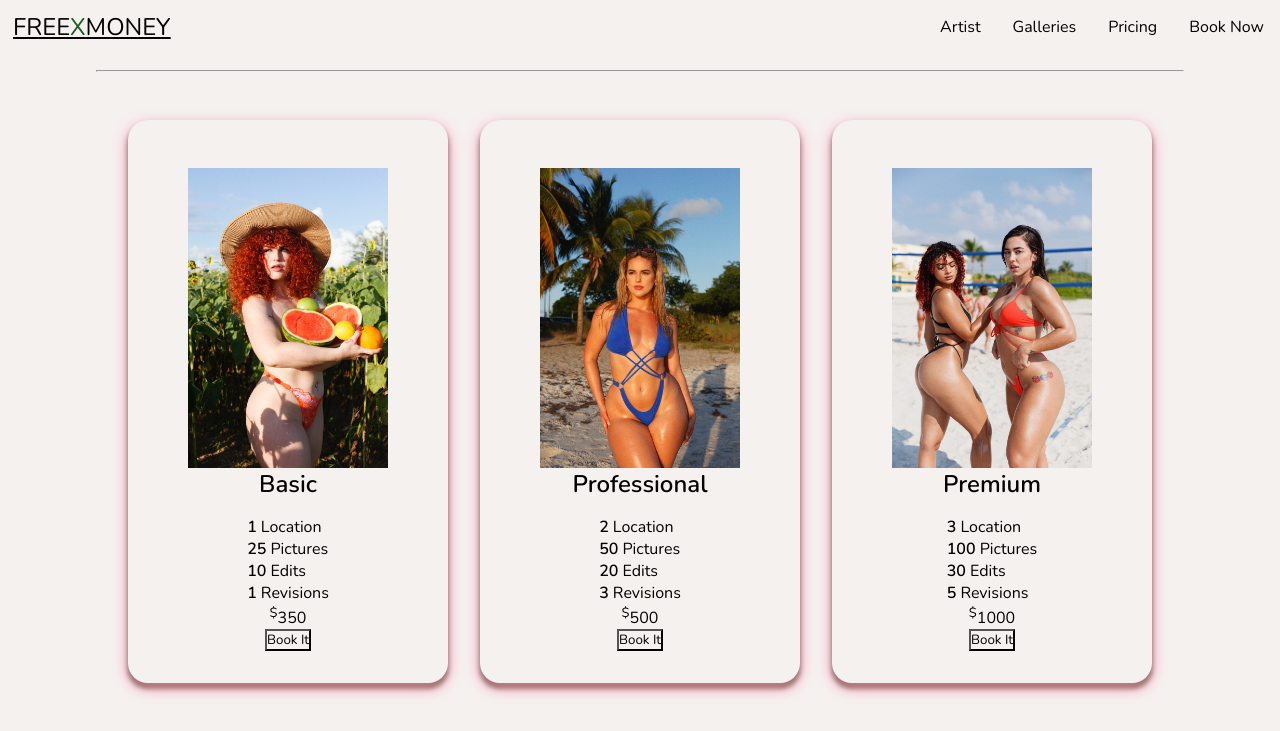
Repository: burntaftermint/freexmoney-draft
Page: price.html
An editor plug-in stored every save of this project. The page is shown before and after the next save, followed by the edit.
The browser window is 1280 px wide. The pictures show the whole page.
Some web fonts or font styles are not loaded; a fallback is used.

Above is the page before, as saved 2024-06-11 01:57:52.

After the next save:
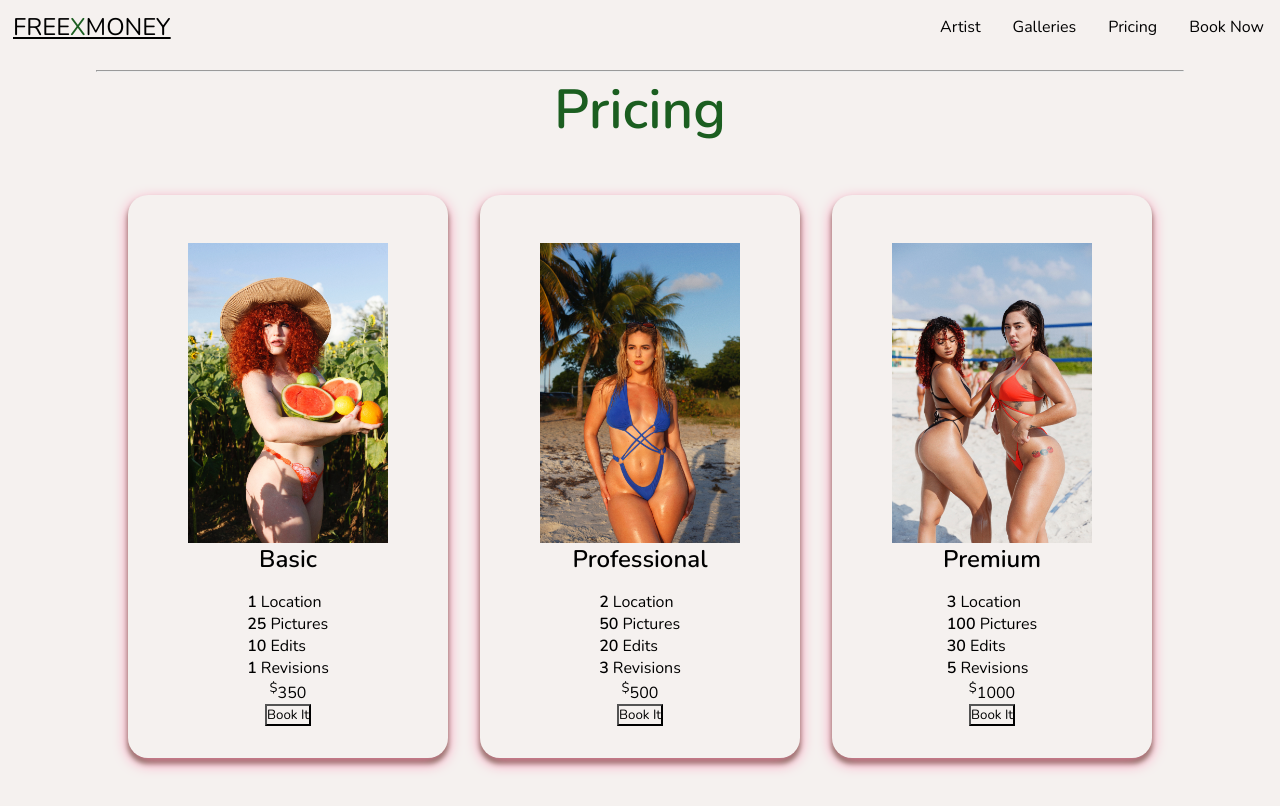
Saved 62 s later.
--- a/price.html
+++ b/price.html
@@ -31,6 +31,7 @@
         </div>
     </nav>
     <hr>
+    <h1 class="galleryh1">Pricing</h1>
     <section class="pricing">
         <div class="card-wrapper">
             <!-- card header -->
